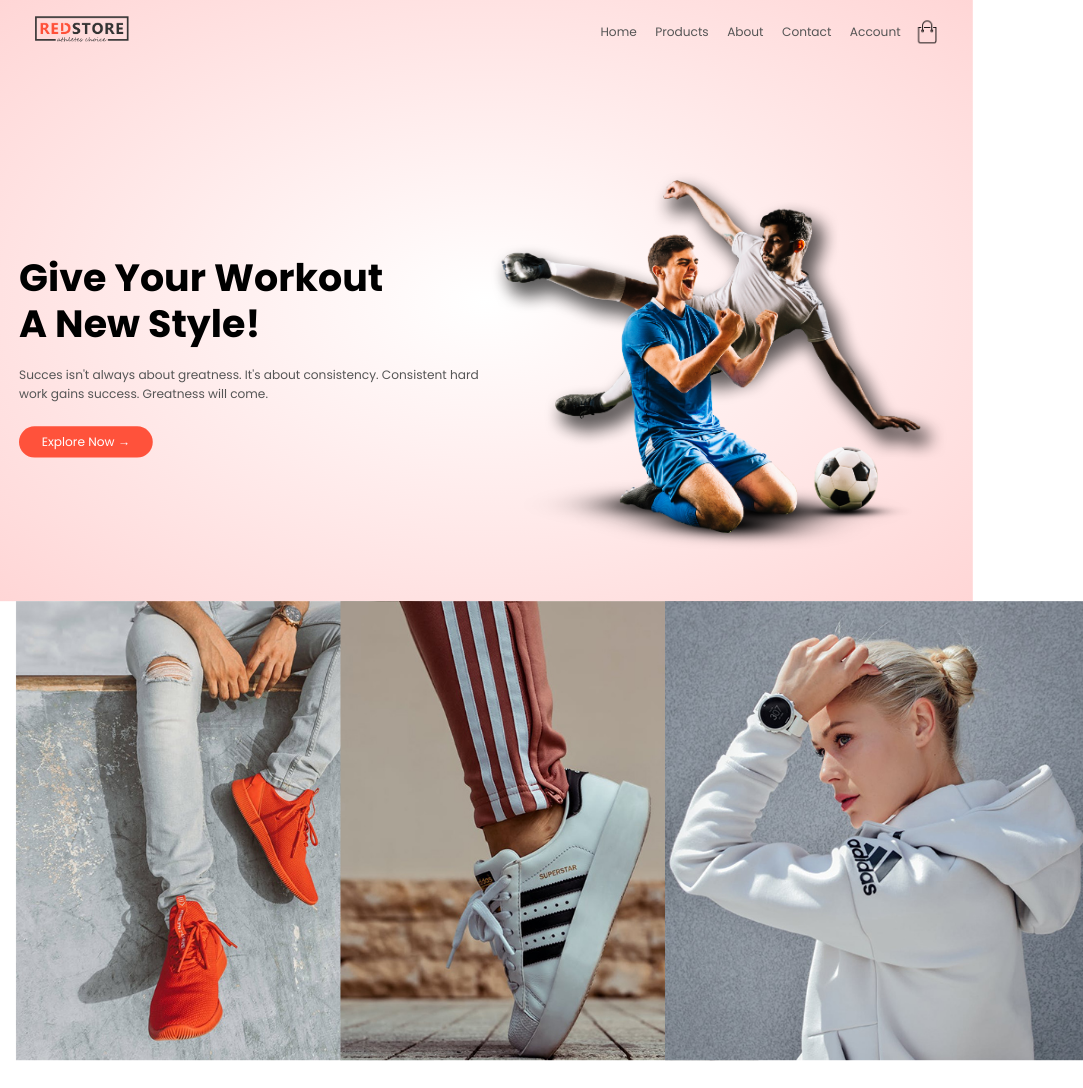
Repository: datvu1608/redsportstore
Page: index.html
The author's editor kept a copy of each file at every save. The page is drawn from the files as they stood at one save, then again after the next save.
The browser window is 1280 px wide. The page is 1425 px wide, then 1280 px, so the pictures cover 1425 px, including what lies to the right of the window. The pictures show the whole page, at 76% of full size.

Above is the page before, as saved 2023-11-22 23:20:28.

### index.html
<!DOCTYPE html>
<html lang="en">
  <head>
    <meta charset="UTF-8" />
    <meta name="viewport" content="width=device-width, initial-scale=1.0" />
    <title>Restore | Ecommerce Website Design</title>
    <link
      href="https://fonts.googleapis.com/css2?family=Poppins:wght@300;400;500;600;700&display=swap"
      rel="stylesheet"
    />
    <link rel="stylesheet" href="./styles.css" />
  </head>
  <body>
    <div class="header">
      <div class="container">
        <div class="navbar">
          <div class="logo">
            <img src="./images/logo.png" alt="" width="125px" />
          </div>
          <nav>
            <ul>
              <li>
                <a href="#">Home</a>
              </li>
              <li>
                <a href="#">Products</a>
              </li>
              <li>
                <a href="#">About</a>
              </li>
              <li>
                <a href="#">Contact</a>
              </li>
              <li>
                <a href="#">Account</a>
              </li>
            </ul>
          </nav>
          <img
            src="./images/cart.png"
            width="30px"
            height="30px"
            alt="cart-icon"
          />
        </div>
        <div class="row">
          <div class="col-2">
            <h1>Give Your Workout <br />A New Style!</h1>
            <p>
              Succes isn't always about greatness. It's about consistency.
              Consistent hard work gains success. Greatness will come.
            </p>
            <a href="" class="btn">Explore Now &#8594;</a>
          </div>
          <div class="col-2">
            <img src="./images/image1.png" alt="" />
          </div>
        </div>
      </div>
    </div>
    <!-- featured categories -->
    <div class="categories">
      <div class="row">
        <div class="col-3">
          <img src="./images/category-1.jpg" alt="" />
        </div>
        <div class="col-3">
          <img src="./images/category-2.jpg" alt="" />
        </div>
        <div class="col-3">
          <img src="./images/category-3.jpg" alt="" />
        </div>
      </div>
    </div>
  </body>
</html>

### styles.css
* {
  margin: 0;
  padding: 0;
  box-sizing: border-box;
}
body {
  font-family: 'Poppins', sans-serif;
}
a {
  text-decoration: none;
}
.navbar {
  display: flex;
  align-items: center;
  padding: 20px;
}
nav {
  flex: 1;
  text-align: right;
}
nav ul {
  display: inline-block;
  list-style-type: none;
}
nav ul li {
  display: inline-block;
  margin-right: 20px;
}
nav ul li a {
  text-decoration: none;
  color: #555;
}

p {
  color: #555;
}
.container {
  max-width: 1300px;
  margin: auto;
  padding-left: 25px;
  padding-right: 25px;
}
.row {
  display: flex;
  align-items: center;
  flex-wrap: wrap;
  justify-content: space-around;
}
.col-2 {
  flex-basis: 50%;
  min-width: 300px;
}
.col-2 img {
  max-width: 100%;
  padding: 50px 0;
}
.col-2 h1 {
  font-size: 50px;
  line-height: 60px;
  margin: 25px 0;
}
.btn {
  display: inline-block;
  background: #ff523b;
  border-radius: 30px;
  color: #fff;
  padding: 8px 30px;
  margin: 30px 0;
  transition: 0.5s;
}
.btn:hover {
  background: #563434;
}
.header {
  background: radial-gradient(#fff, #ffd6d6);
}
.header .row {
  margin-top: 70px;
}

.categories {
  margin-top: 70px 0;
}
.col-3 {
  flex-basis: 30%;
  min-width: 250px;
  margin-bottom: 30px;
}
.col-3 img {
  d
}

After the next save:
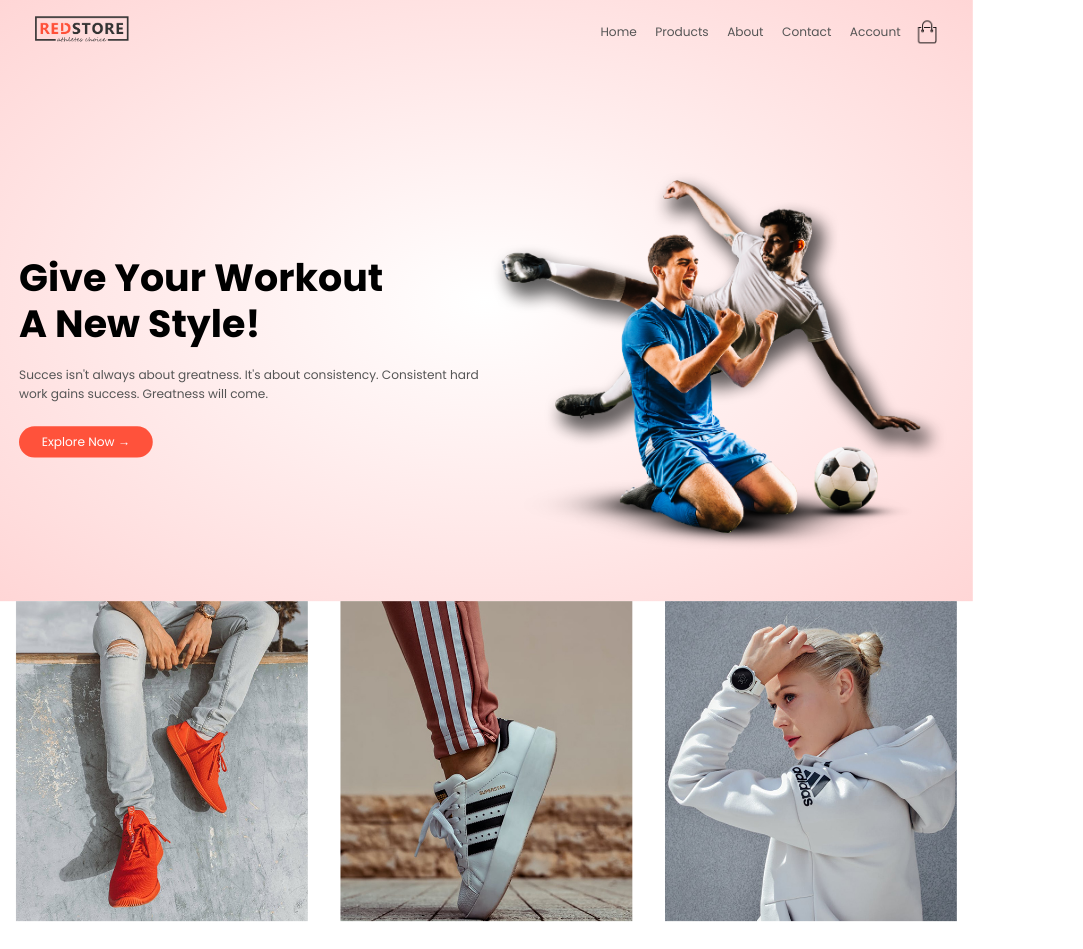
Saved 7 s later.
--- a/styles.css
+++ b/styles.css
@@ -87,5 +87,5 @@
   margin-bottom: 30px;
 }
 .col-3 img {
-  d
+  width: 100%;
 }
